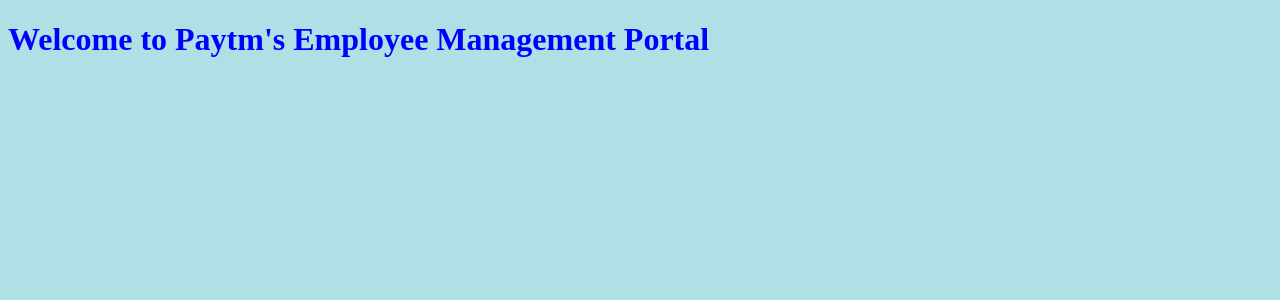
Repository: kimchiLover/BackupProjectsOnPC
Page: eclipse-oauth/ManageEmpApp/WebContent/index.html
The author's editor kept a copy of each file at every save. The page is drawn from the files as they stood at one save, then again after the next save.
The browser window is 1280 px wide. The pictures show the whole page.

Above is the page before, as saved 2019-07-18 08:51:53.

### eclipse-oauth/ManageEmpApp/WebContent/index.html
<!DOCTYPE html>
<html>
<head>
<meta charset="UTF-8">
<title>Paytm Emp Portal</title>
</head>
<body style="background-color:powderblue;">

<u></u><h1 style="color:blue;">Welcome to Paytm's Employee Management Portal</h1></u>

</body>
</html>

After the next save:
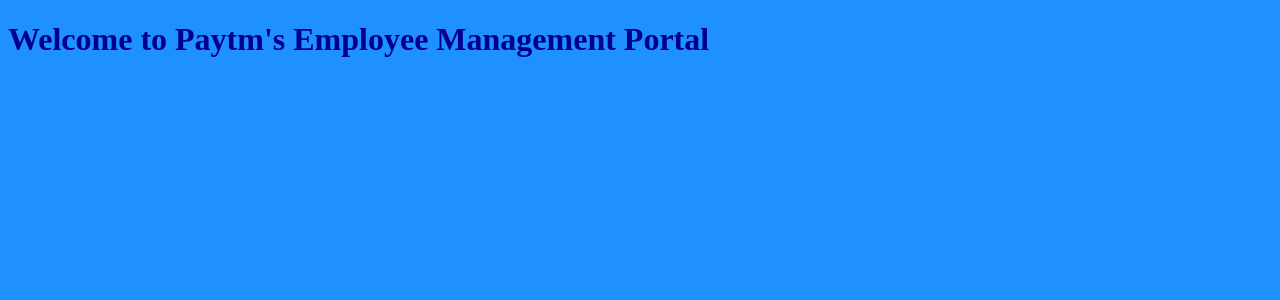
Saved 3 min 54 s later.
--- a/eclipse-oauth/ManageEmpApp/WebContent/index.html
+++ b/eclipse-oauth/ManageEmpApp/WebContent/index.html
@@ -4,9 +4,7 @@
 <meta charset="UTF-8">
 <title>Paytm Emp Portal</title>
 </head>
-<body style="background-color:powderblue;">
-
-<u></u><h1 style="color:blue;">Welcome to Paytm's Employee Management Portal</h1></u>
-
+<body style="background-color:DodgerBlue;">
+<u></u><h1 style="color:DarkBlue;">Welcome to Paytm's Employee Management Portal</h1></u>
 </body>
 </html>
